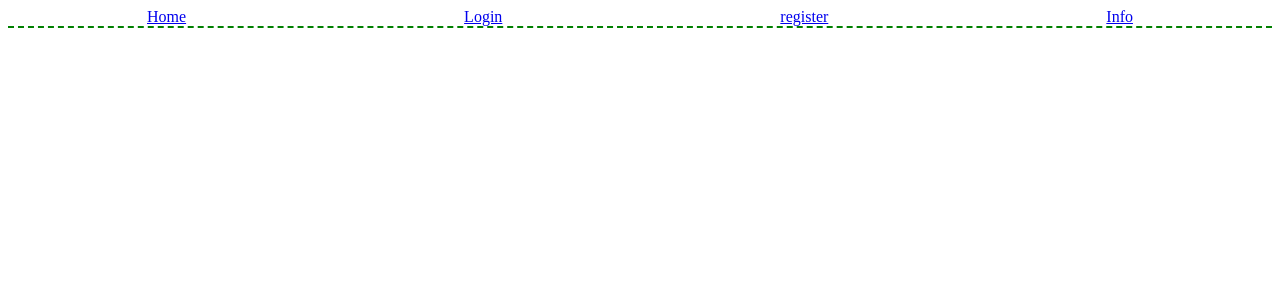
Repository: fuzhiquan/blog
Page: /login
An editor plug-in stored every save of this project. The page is shown before and after the next save, followed by the edit.
The browser window is 1280 px wide. The pictures show the whole page.
The project was rebuilt for these pictures with package versions that can differ from the ones it lists, and the page was loaded fresh each time. Also part of the build but not shown: src/pages/login.scss, src/pages/login.js, src/store/actions/register.js, src/pages/register.js, src/pages/info.scss, src/pages/info.js.

Above is the page before, as saved 2020-02-19 16:12:06.

### public/index.html
<html>
    <head>
        <title></title>
    </head>
    <body>
        <div id='root'></div>
    </body>
</html>

### src/index.js
import React from 'react'
import ReactDOM from 'react-dom'
import { Provider } from 'react-redux'
import store from './store'
import App from './App'

ReactDOM.render(<Provider store={store}>
    <App/>
</Provider>, document.getElementById('root'))

### src/store/index.js
import { createStore, applyMiddleware } from 'redux'
import createSagaMiddleware from 'redux-saga'
import routerMiddleware from 'connected-react-router'
import history from './history'
import reducers from './reducers'
import rootSaga from './saga'

function thunk(dispatch, getState) {
    return function(next) {
        return function(action) {
            if(typeof action === 'function') {
                action(dispatch, getState)
            }else {
                next(action)
            }
        }
    }
}

const sagaMiddleware = createSagaMiddleware()
const store = applyMiddleware(sagaMiddleware)(createStore)(reducers)
sagaMiddleware.run(rootSaga)
export default store

### src/App.js
import React from 'react'
import { HashRouter as Router, Route, Link } from 'react-router-dom'
import { ConnectedRouter } from 'connected-react-router'
import history from './store/history'
import LoginPage from './pages/login'
import Register from './pages/register'
import InfoPage from './pages/info'
import './App.scss'

export default function(props) {
    return <ConnectedRouter history={history}>
        <div className='app-nav-container'>
            <Link to='/'>Home</Link>
            <Link to='/login'>Login</Link>
            <Link to='/register'>register</Link>
            <Link to='/info'>Info</Link>
        </div>
        <div className='app-body-container'>
            <Route path='/login' component={LoginPage} />
            <Route path='/register' component={Register} />
            <Route path='/info' component={InfoPage} />
        </div>
    </ConnectedRouter>
}

### src/store/history.js
import { createBrowserHistory, createHashHistory } from 'history'

export default createHashHistory()

### src/store/reducers/index.js
import { combineReducers } from 'redux'
import { connectRouter } from 'connected-react-router'
import history from '../history'
import info from './info'
import login from './login'
import register from './register'

export default combineReducers({
    info,
    login,
    register,
    router: connectRouter(history)
})

### src/store/saga/index.js
import { fork } from 'redux-saga/effects'
import * as types from '../../store/actions/action-types'
import register from './register'
import login from './login'

export default function* rootSaga() {
    yield fork (login)
    yield fork (register)
}

### src/App.scss
ul li {
    padding: 0;
    margin: 0;
    list-style: none;
}
button {
    cursor: pointer;
}
.app-nav-container {
    display: flex;
    justify-content: space-around;
    border-bottom: 2px dashed green;
    margin-bottom: 10px;
}

### src/store/reducers/info.js
import * as types from '../actions/action-types'

const initialState = {}
export default function(state = initialState, action) {
    switch(action.type) {
        case types.INFO_FETCH_USER_REQUEST:
            return state;
        default:
            return state
    }
}

### src/store/reducers/login.js
import * as types from '../actions/action-types'

const initialState = {}
export default function(state = initialState, action) {
    switch(action.type) {
        case types.LOGIN_REQUEST:
            return state;
        default:
            return state
    }
}

### src/store/reducers/register.js
import * as types from '../actions/action-types'

const initialState = {}
export default function(state = initialState, action) {
    switch(action.type) {
        case types.REGISTER_SUCCESS:
            return {...state, ...action.payload};
        default:
            return state
    }
}

### src/store/actions/action-types.js
export const INFO_FETCH_USER_REQUEST = 'INFO_FETCH_USER_REQUEST'
export const INFO_FETCH_USER_SUCCESS = 'INFO_FETCH_USER_SUCCESS'
export const INFO_FETCH_USER_FAIL = 'INFO_FETCH_USER_FAIL'

export const LOGIN_REGIST_REQUEST = 'LOGIN_REGIST_REQUEST'
export const LOGIN_REGIST_SUCCESS = 'LOGIN_REGIST_SUCCESS'
export const LOGIN_REGIST_FAIL = 'LOGIN_REGIST_FAIL'

export const LOGIN_REQUEST = 'LOGIN_REQUEST'
export const LOGIN_SUCCESS = 'LOGIN_SUCCESS'
export const LOGIN_FAIL = 'LOGIN_FAIL'

### src/store/saga/register.js
import { takeEvery, put, call, delay } from 'redux-saga/effects'
import * as types from '../actions/action-types'

export default function* () {
    const a = yield takeEvery(types.REGISTER_REQUEST, register)
    console.log('take: ',a)
}

function* register() {
    //yield delay(2000)
    const data = yield call(request)
    if(data) {
        yield put({type: types.REGISTER_SUCCESS, payload: data})
    }
}

function request() {
    return new Promise((resolve) => {
        setTimeout(() => {
            resolve(fetch('http://localhost:4000/posts/1').then(resp => resp.json()))
        }, 1000)
    })
}

### src/store/saga/login.js
import { takeEvery, put, call } from 'redux-saga/effects'
import * as types from '../actions/action-types'

export default function* () {
    yield takeEvery(types.LOGIN_REQUEST, request)
}

function* request(action) {
    try{
        const data = yield call(fetchAPI)
        if(data) {
            yield put({type: types.LOGIN_SUCCESS, payload: action.payload})
        }
    }catch(e) {
        yield put({type: types.LOGIN_FAIL})
    }

}

function fetchAPI() {
    return new Promise((resolve, reject) => {
        setTimeout(() => {
            resolve(fetch('http://localhost:4000/posts/1').then(resp => resp.json()))
        }, 0)
    })
}

After the next save:
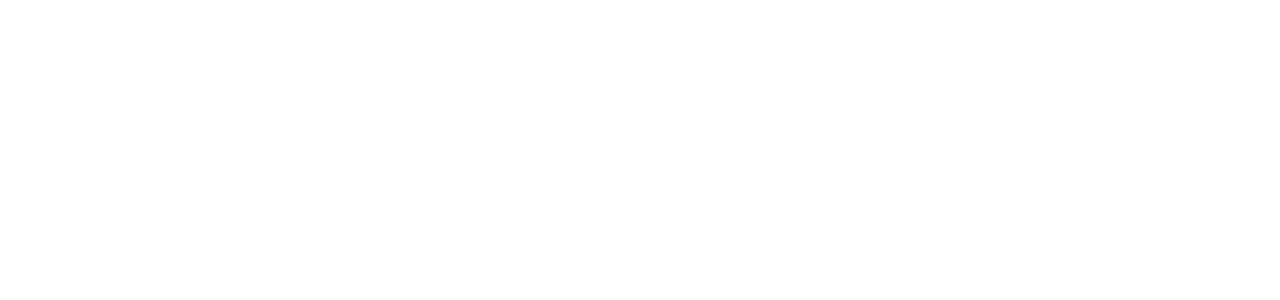
Console error (its wording comes from the project's code and is left out).
Saved 8 s later.
--- a/src/store/index.js
+++ b/src/store/index.js
@@ -18,6 +18,6 @@
 }
 
 const sagaMiddleware = createSagaMiddleware()
-const store = applyMiddleware(sagaMiddleware)(createStore)(reducers)
+const store = applyMiddleware(sagaMiddleware, routerMiddleware(history))(createStore)(reducers)
 sagaMiddleware.run(rootSaga)
 export default store

After the save that followed:
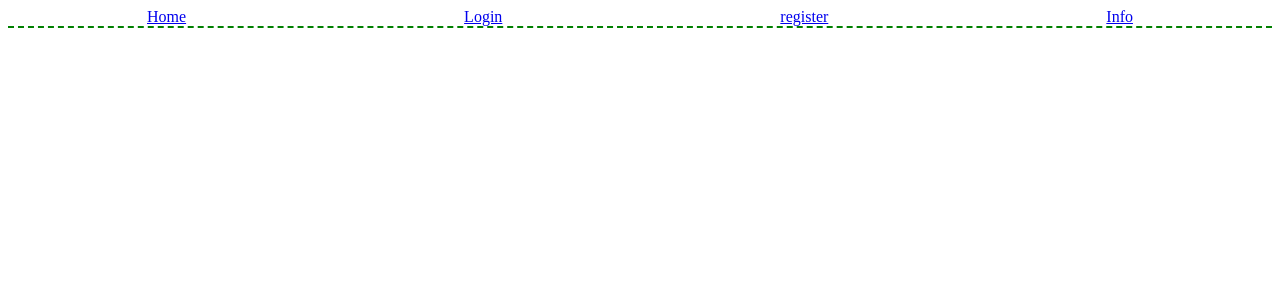
The error is gone.
Saved 14 s later.
--- a/src/store/index.js
+++ b/src/store/index.js
@@ -1,6 +1,6 @@
 import { createStore, applyMiddleware } from 'redux'
 import createSagaMiddleware from 'redux-saga'
-import routerMiddleware from 'connected-react-router'
+import { routerMiddleware } from 'connected-react-router'
 import history from './history'
 import reducers from './reducers'
 import rootSaga from './saga'
